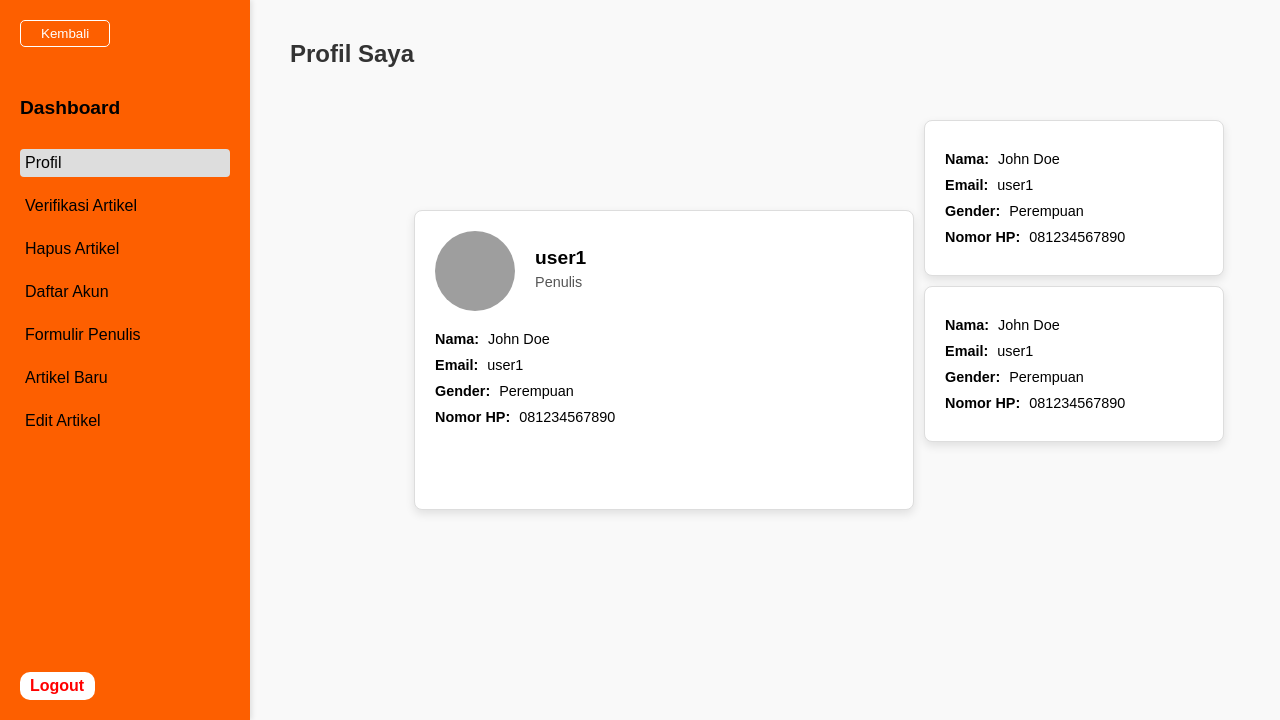
Repository: novalArd/Website_Berita_360News
Page: http://localhost/tes/Profile.php
These files come from the project's save history. The page is drawn as it stood at one moment and after the next save; the edit follows.
The browser window is 1280 px wide. The pictures show the whole page.
Pictures or frames that could not be fetched are drawn as grey boxes. The page is run by PHP 8.4 with error messages shown; the project is at /var/www/html/. The session is filled in as if someone had signed in: {"user_id": 1, "username": "user1", "role": "admin", "nama_lengkap": "John Doe", "jenis_kelamin": "", "nomor_hp": "081234567890"}. Other server files are loaded and not shown. The database holds what the project's SQL file puts in it.

Above is the page before, as saved 2024-12-16 23:45:56.

### tes/Profile.php
<?php
session_start();
if (!isset($_SESSION['user_id'])) {
    header('Location: ../pagelogin.html'); // Redirect jika belum login
    exit;
}

require '../database.php'; // Jalur diperbarui untuk mengakses database.php dari folder tes

// Ambil data pengguna dari database berdasarkan sesi
$stmt = $conn->prepare("SELECT * FROM users WHERE id = :id");
$stmt->execute(['id' => $_SESSION['user_id']]);
$user = $stmt->fetch(PDO::FETCH_ASSOC);

if (!$user) {
    echo "Pengguna tidak ditemukan.";
    exit;
}
?>

<!DOCTYPE html>
<html lang="id">
<head>
  <meta charset="UTF-8">
  <meta name="viewport" content="width=device-width, initial-scale=1.0">
  <title>Profil Saya</title>
  <link rel="stylesheet" href="profile.css?v=1.0">
</head>
<body>
  <div class="container">
    <!-- Sidebar -->
    <aside class="sidebar">
      <div class="kembali-btn">
        <button>Kembali</button>
      </div>
    <h3>Dashboard</h3>
      <ul>
        <?php if ($_SESSION['role'] === 'admin'): ?>
        <!-- Menu untuk admin -->
        <li><a id="profil" href="admin.php">Profil</a></li>
        <li><a id="verifikasiArtikel" href="verifikasi.php">Verifikasi Artikel</a></li>
        <li><a id="hapusArtikel" href="hapus_artikel.php">Hapus Artikel</a></li>
        <li><a id="daftarAkun" href="daftar_akun.php">Daftar Akun</a></li>
        <li><a id="formulirPenulis" href="form_penulis.php">Formulir Penulis</a></li>
        <li><a id="artikelBaru" href="artikel_baru.php">Artikel Baru</a></li>
        <li><a id="editArtikel" href="edit_artikel.php">Edit Artikel</a></li>
        <?php elseif ($_SESSION['role'] === 'penulis'): ?>
        <!-- Menu untuk penulis -->
        <li><a id="profil" href="Profile.php">Profile</a></li>
        <li><a id="tambahArtikel" href="Tambah.php">Tambah Artikel</a></li>
        <li><a id="editArtikel" href="edit_artikel.php">Edit Artikel</a></li>
        <li><a id="artikelSaya" href="artikel_saya.php">Artikel Saya</a></li>
        <li><a id="hapusArtikel" href="hapus_artikel.php">Hapus Artikel</a></li>
        <?php endif; ?>
      </ul>
    <a href="../logout.php" class="logout">Logout</a>
  </aside>

    <!-- Main Content -->
    <main class="main-content">
      <h2>Profil Saya</h2>
      <div class="profile-card" id="profil-nama">
        <div class="profile-header">
          <img src="profile-pic.jpg" alt="Foto Profil" class="profile-img">
          <div>
            <h3><?php echo htmlspecialchars($user['username']); ?></h3>
            <p>Penulis</p>
          </div>
        </div>
        <div class="profile-details">
          <p><strong>Nama:</strong> <?php echo htmlspecialchars($user['nama_lengkap']); ?></p>
          <p><strong>Email:</strong> <?php echo htmlspecialchars($user['username']); ?></p>
          <p><strong>Gender:</strong> <?php echo $user['jenis_kelamin'] == 'L' ? 'Laki-laki' : 'Perempuan'; ?></p>
          <p><strong>Nomor HP:</strong> <?php echo htmlspecialchars($user['nomor_hp']); ?></p>
        </div>
      </div>
      <div class="profile-2">
      <div class="profile-card">
        <div class="profile-details">
          <p><strong>Nama:</strong> <?php echo htmlspecialchars($user['nama_lengkap']); ?></p>
          <p><strong>Email:</strong> <?php echo htmlspecialchars($user['username']); ?></p>
          <p><strong>Gender:</strong> <?php echo $user['jenis_kelamin'] == 'L' ? 'Laki-laki' : 'Perempuan'; ?></p>
          <p><strong>Nomor HP:</strong> <?php echo htmlspecialchars($user['nomor_hp']); ?></p>
        </div>
      </div>
      <div class="profile-card">
        <div class="profile-details">
          <p><strong>Nama:</strong> <?php echo htmlspecialchars($user['nama_lengkap']); ?></p>
          <p><strong>Email:</strong> <?php echo htmlspecialchars($user['username']); ?></p>
          <p><strong>Gender:</strong> <?php echo $user['jenis_kelamin'] == 'L' ? 'Laki-laki' : 'Perempuan'; ?></p>
          <p><strong>Nomor HP:</strong> <?php echo htmlspecialchars($user['nomor_hp']); ?></p>
        </div>
      </div>
      </div>
    </main>
  </div>
</body>
</html>

### database.php
<?php
$host = 'localhost';
$dbname = 'news_management';
$username = 'root'; // Sesuaikan dengan username database Anda
$password = ''; // Sesuaikan dengan password database Anda

try {
    // Membuat koneksi ke database menggunakan PDO
    $conn = new PDO("mysql:host=$host;dbname=$dbname", $username, $password);
    $conn->setAttribute(PDO::ATTR_ERRMODE, PDO::ERRMODE_EXCEPTION);
} catch (PDOException $e) {
    // Menampilkan pesan jika koneksi gagal
    echo "Connection failed: " . $e->getMessage();
    die();
}

// Fungsi untuk memeriksa keberadaan pengguna dalam database tanpa hashing password
function checkUser($username, $password) {
    global $conn;
    $stmt = $conn->prepare("SELECT * FROM users WHERE username = :username AND password = :password"); // Query SQL untuk mencari username dan password
    $stmt->execute(['username' => $username, 'password' => $password]);
    $user = $stmt->fetch(PDO::FETCH_ASSOC);

    return $user ? $user : false; // Mengembalikan data pengguna jika ditemukan, false jika tidak
}
?>

### tes/profile.css
/* Reset CSS */
* {
  margin: 0;
  padding: 0;
  box-sizing: border-box;
}
/* General Styles */
body {
  margin: 0;
  font-family: Arial, sans-serif;
  background-color: #f9f9f9;
  display: flex;
}

.container {
  display: flex;
  width: 100%;
  height: 100vh;
}

/* Sidebar */
.sidebar {
  background-color: #FD5F00;
  width: 250px;
  padding: 20px;
  display: flex;
  flex-direction: column;
  box-shadow: 2px 0 5px rgba(0, 0, 0, 0.1);
}

.sidebar .kembali-btn button {
  padding: 5px 20px;
  border: 1px solid white;
  color: white;
  background-color: #FD5F00;
  border-radius: 5px;
  transition: all 0.2s ease-in-out;
}

.sidebar .kembali-btn button:hover {
  color: black;
  background-color: white;
  border: 1px solid white;
  cursor: pointer;
}

.sidebar h3 {
  font-size: 1.2em;
  margin-bottom: 30px;
  margin-top: 50px;
}

.sidebar ul {
  list-style: none;
  padding: 0;
  margin: 0;
}

.sidebar ul li {
  margin-bottom: 15px;
}

.sidebar ul li a {
  text-decoration: none;
  color: black;
  font-size: 1em;
  padding: 5px;
  display: block;
  transition: background-color 0.3s ease;
}

.sidebar ul li #profil {
  background-color: #ddd;
  border-radius: 4px;
}

.sidebar ul li a:hover {
  background-color: #ddd;
  border-radius: 4px;
}

.logout {
  width: 75px;
  margin-top: auto;
  color: red;
  background-color: white;
  font-weight: bold;
  text-decoration: none;
  padding: 5px 10px;
  display: inline-block;
  border-radius: 10px;
}

.logout:hover {
  background-color: #fdd;
  border-radius: 10px;
}

/* Main Content */
.main-content {
  display: flex;
  padding: 40px;
}

.main-content h2 {
  margin-bottom: 20px;
  font-size: 1.5em;
  color: #333;
  text-align: center;
  margin-bottom: 20px;
}

/* Profile Card */
.profile-card {
  background-color: #fff;
  border: 1px solid #ddd;
  border-radius: 8px;
  box-shadow: 0 4px 10px rgba(0, 0, 0, 0.1);
  padding: 20px;
  max-width: 600px;
  width: 500px;
  margin: auto;
}

.container #profil-nama {
  height: 300px;
}

.profile-2 {
  margin-top: 70px;
}

.profile-2 .profile-card {
  margin: 10px;
  width: 300px;
}

.profile-header {
  display: flex;
  align-items: center;
  margin-bottom: 20px;
}

.profile-img {
  width: 80px;
  height: 80px;
  border-radius: 50%;
  margin-right: 20px;
}

.profile-header h3 {
  margin: 0;
  font-size: 1.2em;
}

.profile-header p {
  margin: 5px 0;
  color: #555;
  font-size: 0.9em;
}

.profile-details p {
  margin: 10px 0;
  font-size: 0.9em;
}

.profile-details p strong {
  font-weight: bold;
  margin-right: 5px;
}

.article-form {
  background-color: #fff;
  padding: 20px;
  border-radius: 8px;
  box-shadow: 0 4px 10px rgba(0, 0, 0, 0.1);
  max-width: 600px;
  margin: auto;
}

.form-group {
  margin-bottom: 20px;
}

.form-group label {
  display: block;
  margin-bottom: 8px;
  font-weight: bold;
}

.form-group input,
.form-group textarea,
.form-group select {
  width: 100%;
  padding: 10px;
  font-size: 1em;
  border: 1px solid #ddd;
  border-radius: 4px;
  box-sizing: border-box;
}

textarea {
  resize: none;
}

.btn-submit {
  background-color: #4CAF50;
  color: #fff;
  border: none;
  padding: 10px 20px;
  font-size: 1em;
  border-radius: 4px;
  cursor: pointer;
  transition: background-color 0.3s ease;
}

.btn-submit:hover {
  background-color: #45a049;
}

.form-group select {
  width: 100%;
  padding: 10px;
  font-size: 1em;
  border: 1px solid #ddd;
  border-radius: 4px;
  box-sizing: border-box;
  margin-bottom: 10px;
}

### news_management.sql (the tables this page reads)
CREATE TABLE `users` (
  `id` int(11) NOT NULL,
  `username` varchar(255) NOT NULL,
  `password` varchar(255) NOT NULL,
  `role` enum('admin','penulis','pengguna') DEFAULT 'pengguna',
  `nama_lengkap` varchar(255) NOT NULL,
  `jenis_kelamin` enum('L','P') NOT NULL,
  `nomor_hp` varchar(15) NOT NULL,
  `email` varchar(100) DEFAULT NULL,
  `created_at` datetime NOT NULL DEFAULT current_timestamp()
) ENGINE=InnoDB DEFAULT CHARSET=utf8mb4 COLLATE=utf8mb4_general_ci;

INSERT INTO `users` (`id`, `username`, `password`, `role`, `nama_lengkap`, `jenis_kelamin`, `nomor_hp`, `email`, `created_at`) VALUES
(1, 'user1', 'password123', 'admin', 'John Doe', '', '081234567890', NULL, '2024-12-13 14:24:59'),
(2, 'user2', 'mypassword', 'admin', 'Jane Doe', '', '082345678901', NULL, '2024-12-13 14:24:59'),
(3, 'user3', 'alexpass', 'admin', 'Alex Smith', '', '083456789012', NULL, '2024-12-13 14:24:59'),
(4, 'admin01', 'password123', 'admin', 'Admin Satu', 'L', '081234567890', 'admin01@example.com', '2024-12-13 14:26:12'),
(5, 'Alex', 'password123', 'penulis', 'Alex Hunter', 'L', '082345678901', 'penulis01@example.com', '2024-12-13 14:26:12'),
(6, 'Edho', 'password123', 'penulis', 'Penulis Dua', 'L', '083456789012', 'penulis02@example.com', '2024-12-13 14:26:12'),
(7, 'EdhoGanteng', '1234', 'pengguna', 'Agustino Edward', 'L', '082123234331', 'edho@gmail.com', '2024-12-24 04:21:20'),
(8, 'Ferry', '1234', 'pengguna', 'Josua', 'L', '', 'sted.se@anup1.com', '2024-12-31 01:01:48');

ALTER TABLE `users`
  ADD PRIMARY KEY (`id`),
  ADD UNIQUE KEY `username` (`username`),
  ADD UNIQUE KEY `email` (`email`);

ALTER TABLE `users`
  MODIFY `id` int(11) NOT NULL AUTO_INCREMENT, AUTO_INCREMENT=9;

After the next save:
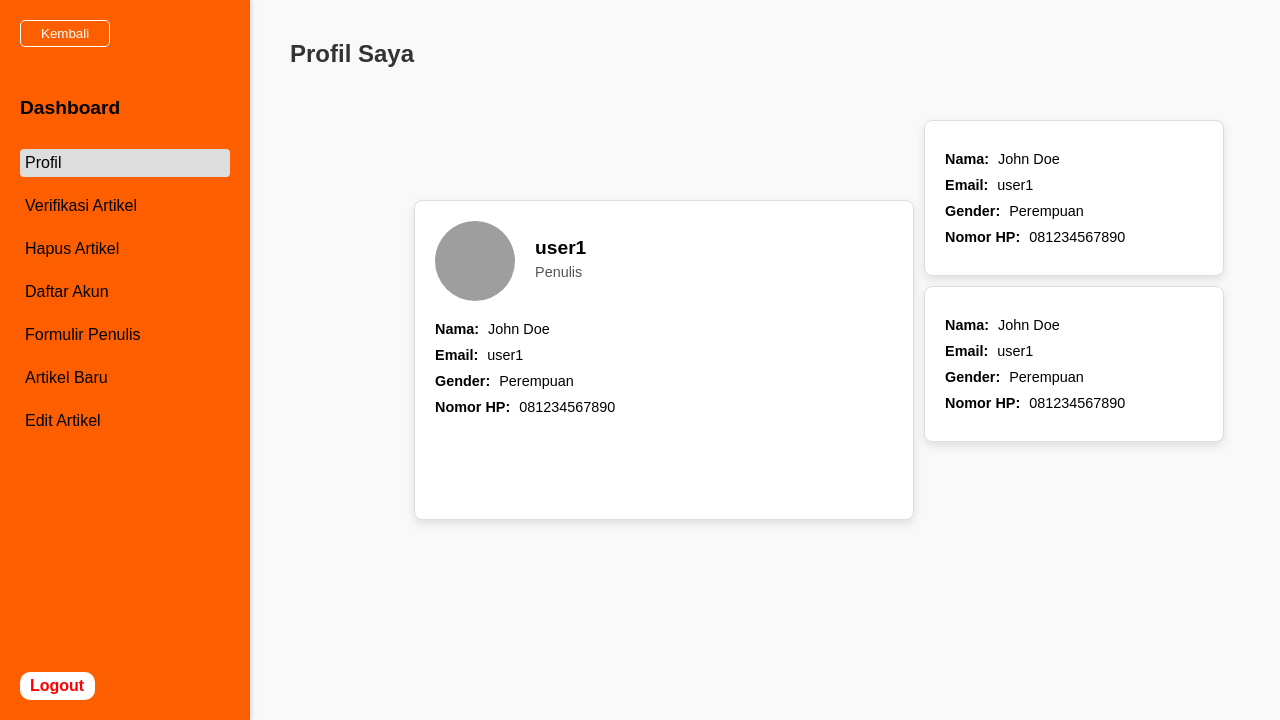
Saved 5 s later.
--- a/tes/profile.css
+++ b/tes/profile.css
@@ -123,7 +123,7 @@ body {
 }
 
 .container #profil-nama {
-  height: 300px;
+  height: 320px;
 }
 
 .profile-2 {
